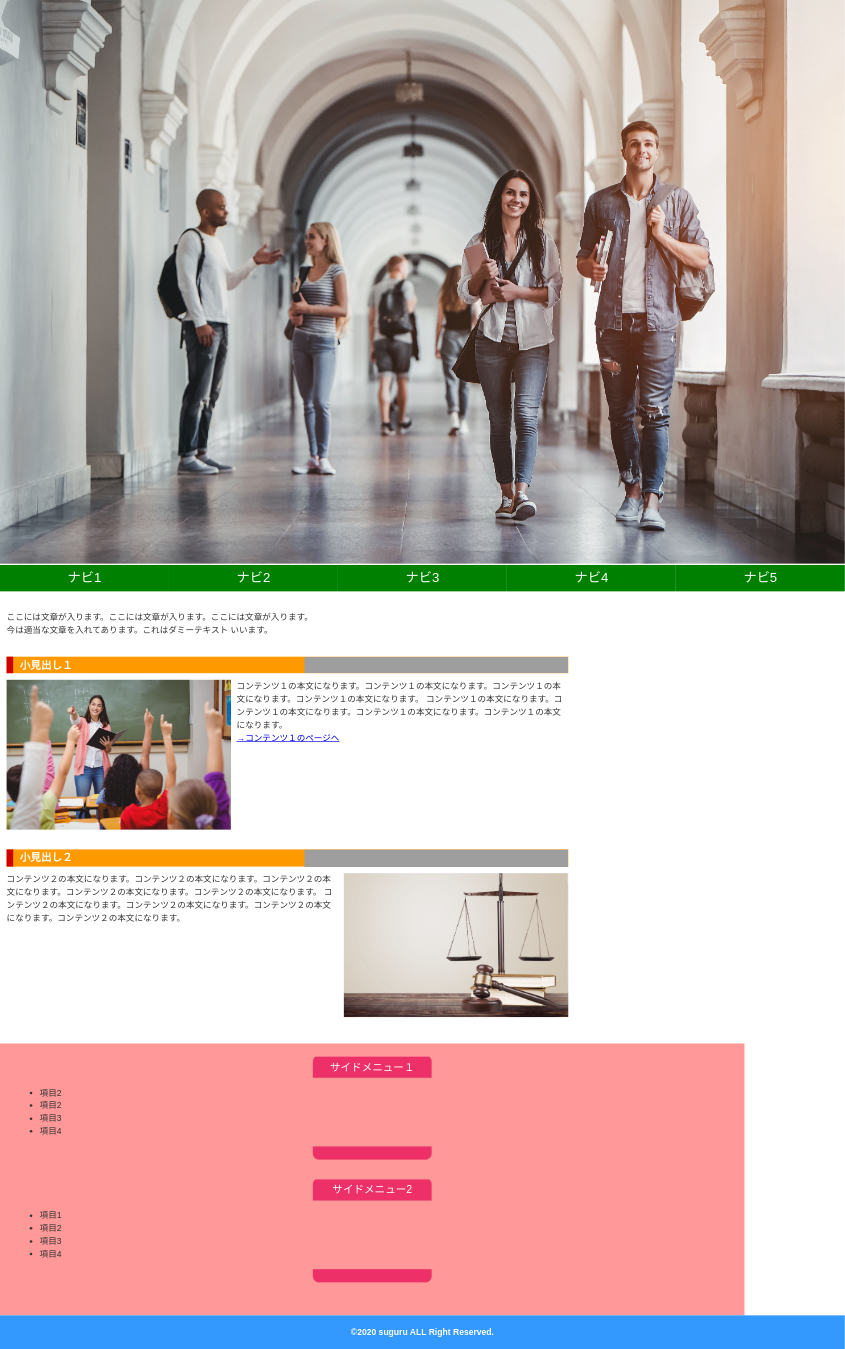
Repository: suuuuguru/samurai-HTML-CSS
Page: home.html
The author's editor kept a record of every edit. The page is drawn from the files as they stood at one moment, then again after the next edit.
The browser window is 1280 px wide. The pictures show the whole page, at 66% of full size.
Pictures or frames that could not be fetched are drawn as grey boxes.

Above is the page before.

### home.html
<!DOCTYPE html>
<html lang="ja">
<head>
  <meta charset="UTF-8">
  <title>HTML/CSSの学習</title>
  <link rel="stylesheet" href="stylesheet.css">
</head>
<body>
  <div id="header">
    <h1><a href="index.html"><img id="corridor" src="images/corridor.jpeg" alt="大学の廊下"/></a></h1>
  </div>
  <div id="wrapper">
    <div id="nav">
      <ul>
        <li><a href="home.html">ナビ1</a></li>
        <li><a href="#">ナビ2</a></li>
        <li><a href="#">ナビ3</a></li>
        <li><a href="#">ナビ4</a></li>
        <li><a href="#">ナビ5</a></li>
      </ul>
    </div>
    <div id="container">
      <div id="main">
        <div class="post">
          <p>ここには文章が入ります。ここには文章が入ります。ここには文章が入ります。<br />今は適当な文章を入れてあります。これはダミーテキスト
          いいます。</p>
        </div>
        <div class="post clearfix">
          <h2>小見出し１</h2>
          <img class="left" src="images/classroom.jpg" alt="授業風景"/>
          <p>
            コンテンツ１の本文になります。コンテンツ１の本文になります。コンテンツ１の本文になります。コンテンツ１の本文になります。
            コンテンツ１の本文になります。コンテンツ１の本文になります。コンテンツ１の本文になります。コンテンツ１の本文になります。
          </p>
          <p><a href="#">→コンテンツ１のページへ</a></p>
        </div>
        <div class="post clearfix">
          <h2>小見出し２</h2>
          <img class="right" src="images/scale.jpg" alt="天秤"/>
          <P>コンテンツ２の本文になります。コンテンツ２の本文になります。コンテンツ２の本文になります。コンテンツ２の本文になります。コンテンツ２の本文になります。
          コンテンツ２の本文になります。コンテンツ２の本文になります。コンテンツ２の本文になります。コンテンツ２の本文になります。
          </P>
        </div>
      </div>
    </div>
    <div id="side">
      <div class="box">
        <h2>サイドメニュー１</h2>
        <div class="boxBoby">
          <ul>
            <li>項目2</li>
            <li>項目2</li>
            <li>項目3</li>
            <li>項目4</li>
          </ul>
        </div>
      </div>
      <div class="box">
        <h2>サイドメニュー2</h2>
        <div class="boxBoby">
          <ul>
            <li>項目1</li>
            <li>項目2</li>
            <li>項目3</li>
            <li>項目4</li>
          </ul>
        </div>
      </div>
    </div>
  </div>
  <div id="footer">
    <p>&copy;2020 suguru ALL Right Reserved.</p>
  </div>
</body>
</html>

### stylesheet.css
@charset "utf-8";

body {
	margin: 0;
	padding: 0;
	font-family: "ヒラギノ角ゴ Pro W3", "Hiragino Kaku Gothic Pro", "メイリオ", Meiryo, Osaka, "ＭＳ Ｐゴシック", "MS PGothic", sans-serif;
	color: #333;
	font-size: 13px;
	line-height: 150%;
}

/* -------------------- wrapper -------------------- */
#wrapper {
	width: 100%;
	margin: auto;
	padding: 0px;
	border: 0px;
	background-color: #FFF;
}

/*--------------------header-------------------------*/
#header{
	width:100%;
}
#header h1{
	margin:0;
	padding:0;
}
#corridor{
	width:100%;
	height:auto;
}

/*-------------------footer--------------------------*/
#footer{
	clear:both;
	width:100%;
	padding: 3px 0 3px 0;
	background:#39F;
	color:#FFF;
	font-weight:bold;
	text-align:center;
}

/*--------------------nav----------------------------*/
#nav{
	width:100%;
}
#nav ul{
	display:flex;
	margin:0;
	padding:0;
	list-style-type:none;
}
#nav ul li{
	width:20%;
	text-align:center;
}
#nav ul li a{
	display:block;
	height:20px;
	margin:0;
	padding:10px;
	color:#FFF;
	font-size:20px;
	text-decoration:none;
	background-color:green;
}

#nav ul li a:hover{
	filter:drop-shadow(10px 10px 10px black);
}

/*---------------------------container----------------------------*/
#container{
	width:100%;
	margin:auto;
	padding:auto;
	padding-top:20px;
	clear:both;
	display:grid;
	grid-template-columns:70vw 30vw;
}
/*-----------------------main------------------------------*/
#main{
	width:95%;
	padding:10px 30px 10px 10px;
}
#main h2{
	margin:0 0 10px 0;
	padding:3px 10px 3px 10px;
	color:#FFF;
	font-size:16px;
	border-left:solid 10px #c00;
	background:#F90 url(../images/main_h2.jpg) right top repeat-y;
}
#main p{
	margin:0;
	padding:0;
}
#main .post{
	margin:0 0 30px 0;
}
#main .post img.right{
	margin:0 0 0 8px;
}
#main .post img.left{
	margin:0 8px 0 0;
}
.right{
	float:right;
	width:40%;
	height:auto;
}
.left{
	float:left;
	width:40%;
	height:auto;
}

/*--------------------------clearfix------------------------*/
.clearfix{
	zoom:1;
}
.clearfix:after{
	content:"";
	display:block;
	clear:both;
}

/*---------------------------side---------------------------*/
#side {
	width:85%;
	padding:20px;
	background-color:#F99;
}
#side .box{
	margin:0 auto 30px auto;
	padding:0 0 20px 0;
	background:url(images/side_box.png) bottom no-repeat;
}
#side .box h2{
	margin:0;
	padding:8px;
	text-align:center;
	color:#fff;
	font-size:16px;
	line-height:16px;
	font-weight:normal;
	background:url(images/side_box_h2.png) center no-repeat;
}
#side .box .boxBody{
	padding:8px;
	border-right:solid 1px #C36;
	border-bottom:solid 1px #C36;
	border-left:solid 1px #C36;
	background:#fff;
}
#side .box .boxBody ul{
	margin:0 0 16px 0;
	padding:0;
	background-color: #FFF;
}
#side .box .boxBody ul li{
	padding:8px 0 8px 4px;
	list-style:none;
	border-bottom:solid 1px #C36;
}

#side .box .Boxbody ul li:hover{
	padding: 8px 0 8px 4px;
	list-style: none;
	border-bottom:solid 1px #C36;
	box-shadow: 0px 4px 4px rgba(0, 0, 0, 0.3);
}

After the next edit:
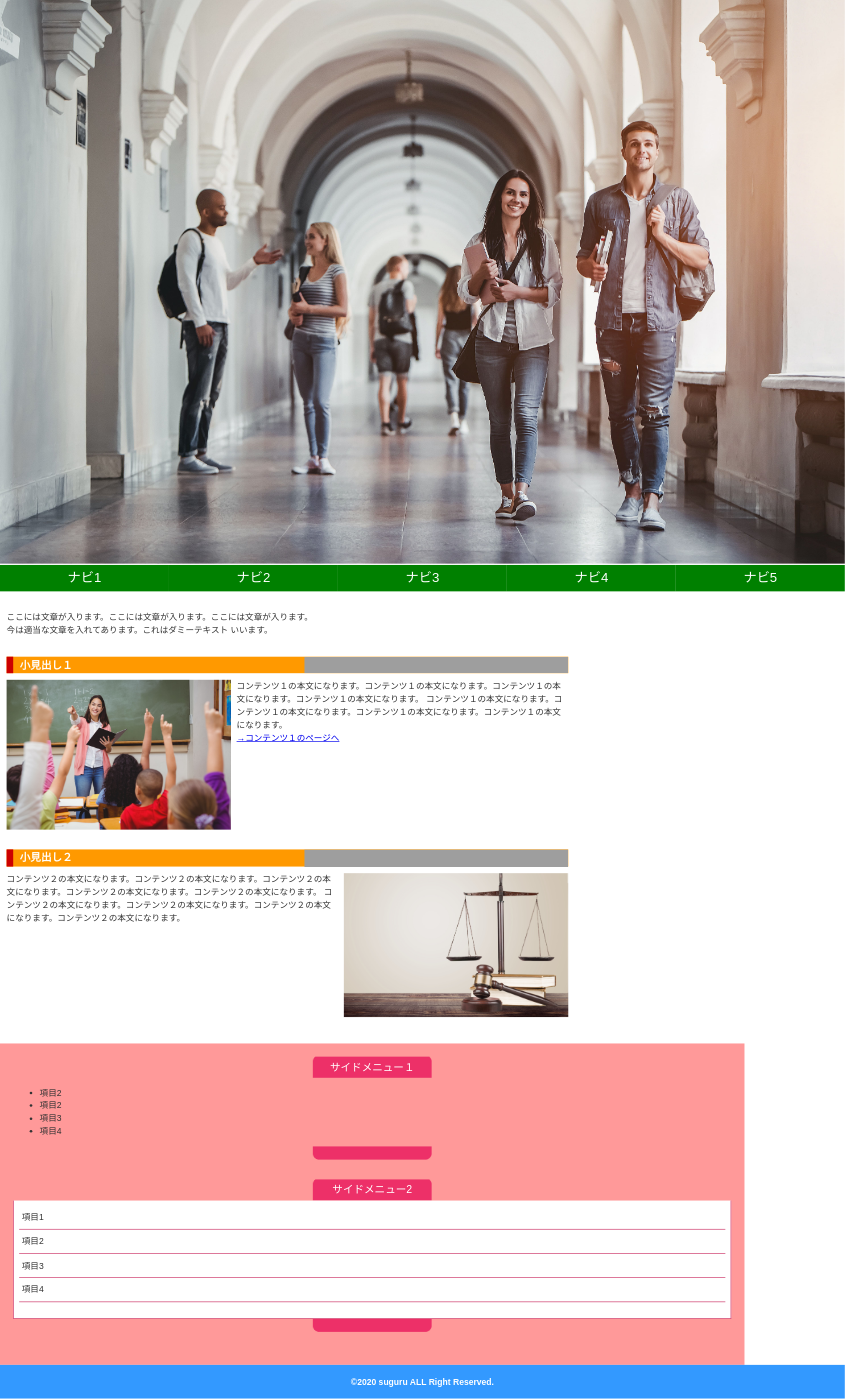
The edit:
--- a/home.html
+++ b/home.html
@@ -57,7 +57,7 @@
       </div>
       <div class="box">
         <h2>サイドメニュー2</h2>
-        <div class="boxBoby">
+        <div class="boxBody">
           <ul>
             <li>項目1</li>
             <li>項目2</li>
